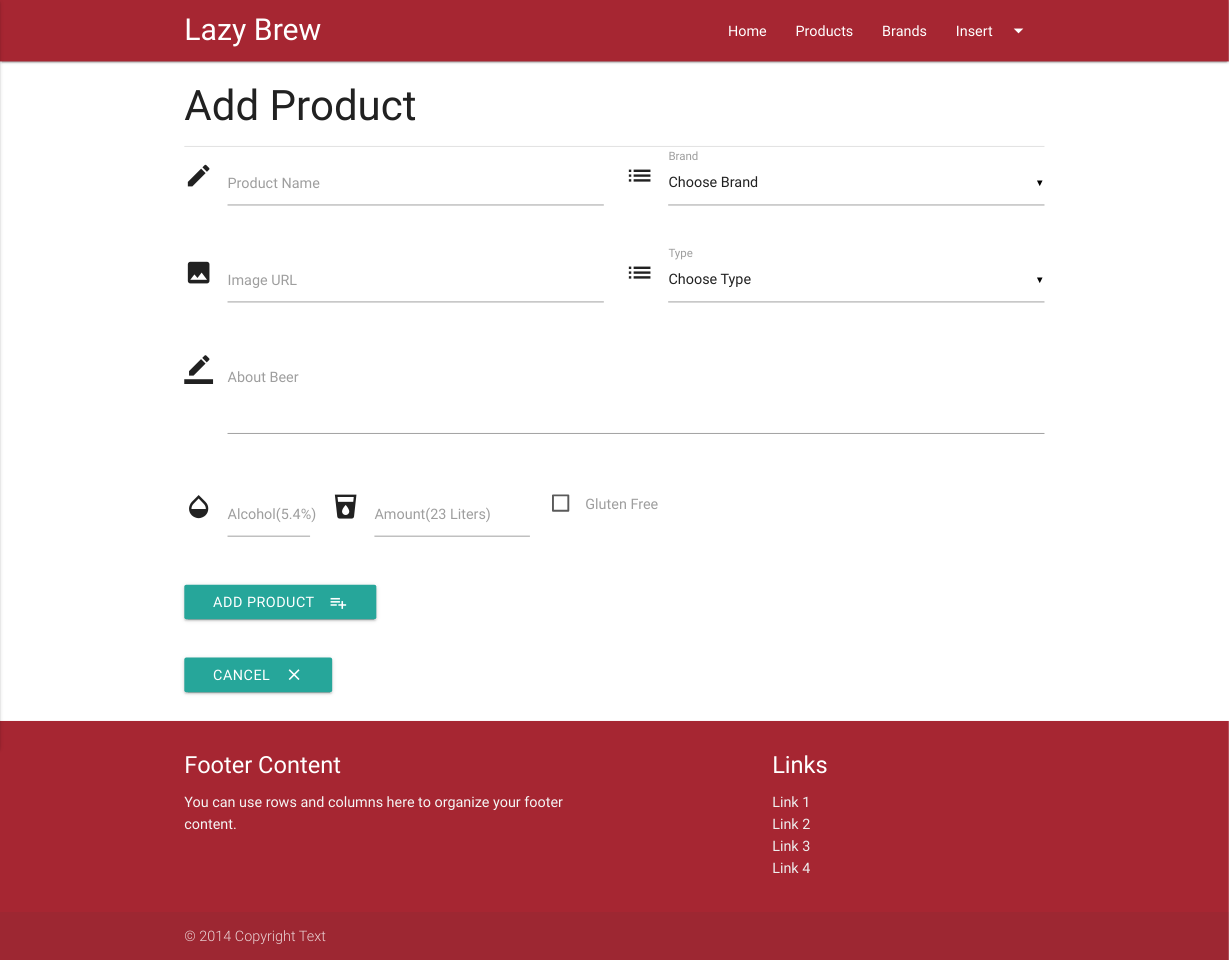
Repository: Leon2ev/lazy-brew
Page: http://localhost/add_product
The author's editor kept a record of every edit. The page is drawn from the files as they stood at one moment, then again after the next edit.
The browser window is 1280 px wide. The pictures show the whole page, at 96% of full size.
Some web libraries are served in a nearby version. The page is served by the project's application, run on Flask 3 (app.py). Queries for data that is not in the repository find no rows.

Above is the page before.

After the next edit:
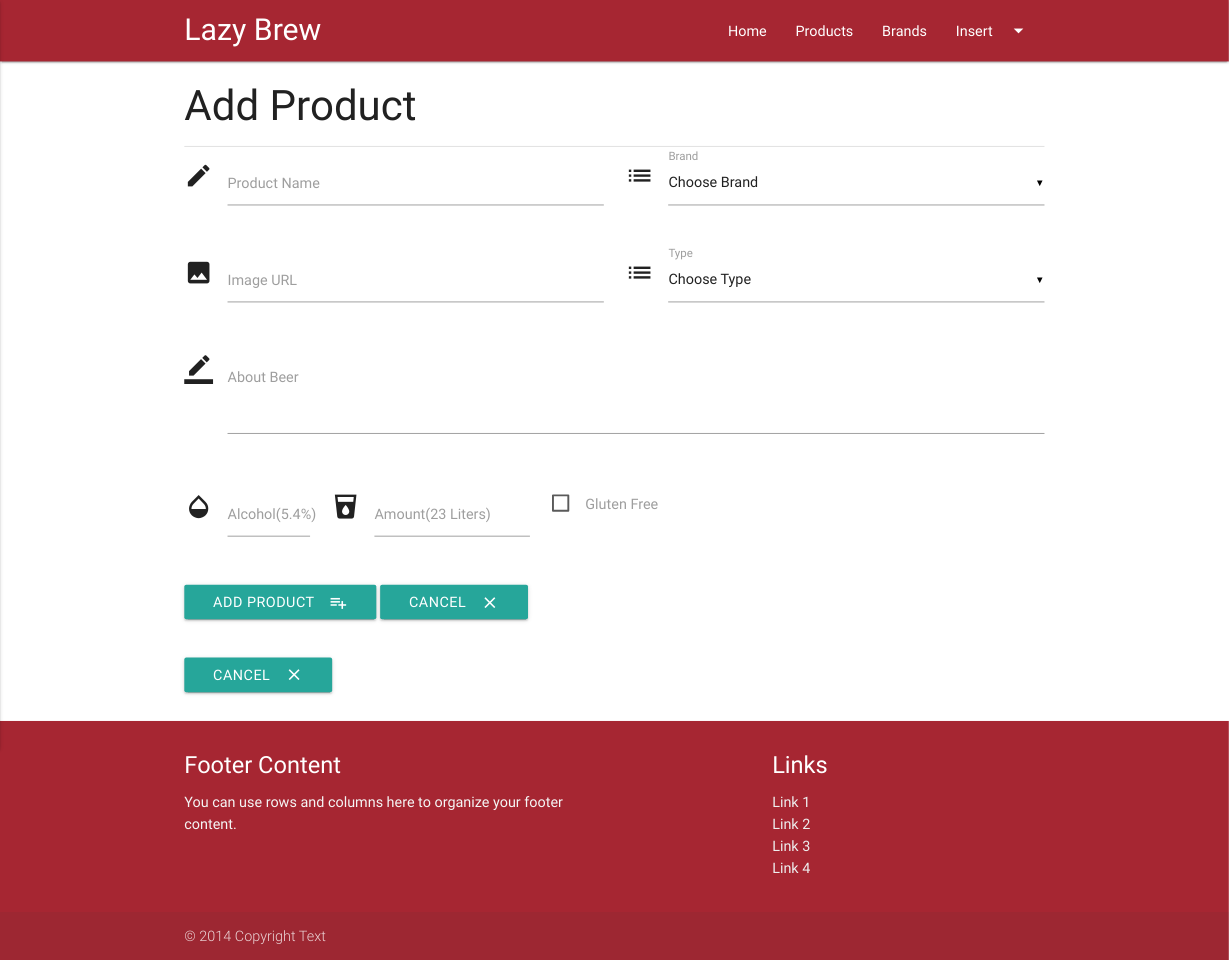
The edit:
--- a/templates/addproduct.html
+++ b/templates/addproduct.html
@@ -68,6 +68,9 @@
                     <button class="btn waves-effect waves-light" type="submit">Add Product
                         <i class="material-icons right">playlist_add</i>
                     </button>
+                    <a class="waves-effect waves-light btn modal-trigger" href="#modal1">Cancel
+                        <i class="material-icons right">clear</i>
+                    </a>
                 </div>
             </div>
         </form>
